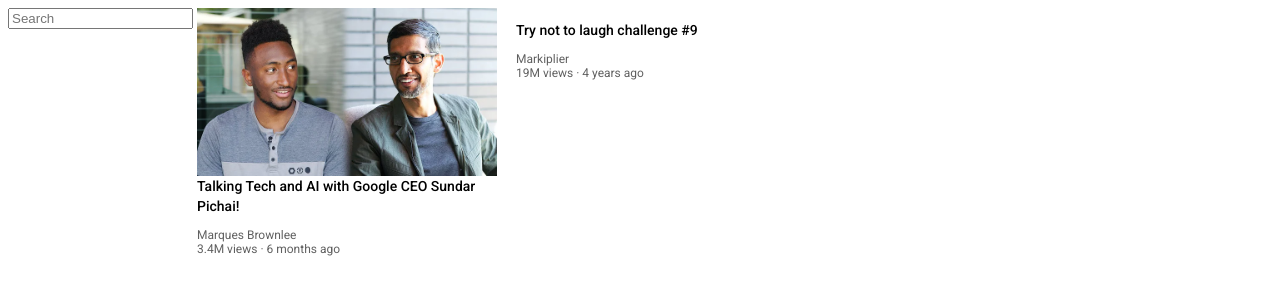
Repository: knowledgeAlan/html-css-ten
Page: youtube.html
An editor plug-in stored every save of this project. The page is shown before and after the next save, followed by the edit.
The browser window is 1280 px wide. The pictures show the whole page.

Above is the page before, as saved 2024-03-07 18:16:20.

### youtube.html
<!DOCTYPE html>
<html>

<head>
    <title>Youtube.com Clone</title>

    <link rel="preconnect" href="https://fonts.googleapis.com">
    <link rel="preconnect" href="https://fonts.gstatic.com" crossorigin>
    <link href="https://fonts.googleapis.com/css2?family=Roboto:wght@400;500;700&display=swap" rel="stylesheet">
    <style >

        p {
            font-family: Roboto,Arial;
            margin-top: 0;
            margin-bottom: 0;
        }
        .thumbnail {
            width: 300px;
            display: block;
        }

        .search-bar{

            display: block;
        }

        .video-title {
            margin-top: 0;
            font-size: 14px;
            font-weight: 500;
            line-height: 20px;
            margin-bottom: 12px;
        }

        .video-preview {

            width: 300px;
            display: inline-block;
            vertical-align: top;
            margin-right: 15px;
        }

        .channel-picture {
            display:  inline-block;
            width: 50px;
            vertical-align: top;

        }

        .thumbnail-row{
            margin-bottom: 12px;
        }

        .video-author,.video-stats {
            font-size: 12px;
            color: rgb(96, 96, 96);
        }

    </style>

    <body>



        <input class="searh-bar" type="text" placeholder="Search">


        <div class="video-preview">

            <img class="thumbnail" src="thumbnails/thumbnail.png" alt="Dinosaur"/>

            <p class="video-title">
                Talking Tech and AI with Google CEO Sundar Pichai!
            </p>

            <p class="video-author">
                Marques Brownlee
            </p>

            <p class="video-stats">
                3.4M views &#183; 6 months ago
            </p>
        </div>


        <div class="video-preview">

            <div class="thumbnail-row">
                <img class="thumbnail" sr="thumails/thumbnail-2.webp">
            </div>

            <div class="video-info">
                <p class="video-title">
                    Try not to laugh challenge #9
                </p>

                <p class="video-author">
                       Markiplier
                </p>

                <p class="video-stats">
                    19M views &#183; 4 years ago
                </p>

            </div>
        </div>
    </body>
</head>
</html>

After the next save:
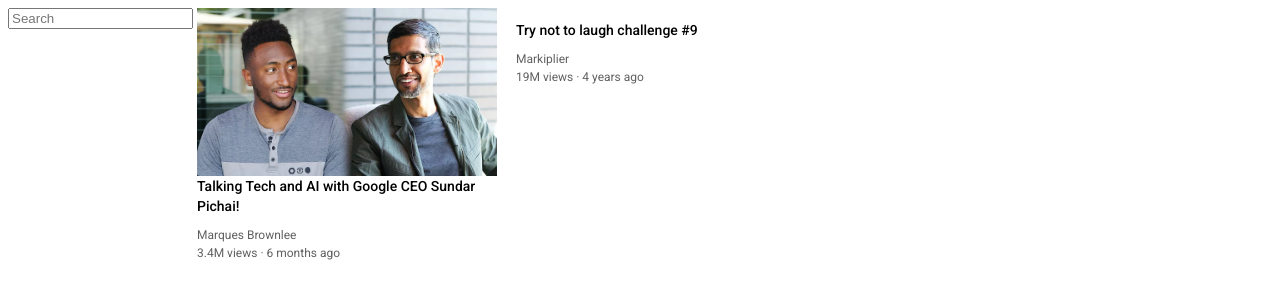
Saved 14 s later.
--- a/youtube.html
+++ b/youtube.html
@@ -56,6 +56,11 @@
             color: rgb(96, 96, 96);
         }
 
+
+        .video-author{
+            margin-bottom: 4px;
+        }
+
     </style>
 
     <body>
